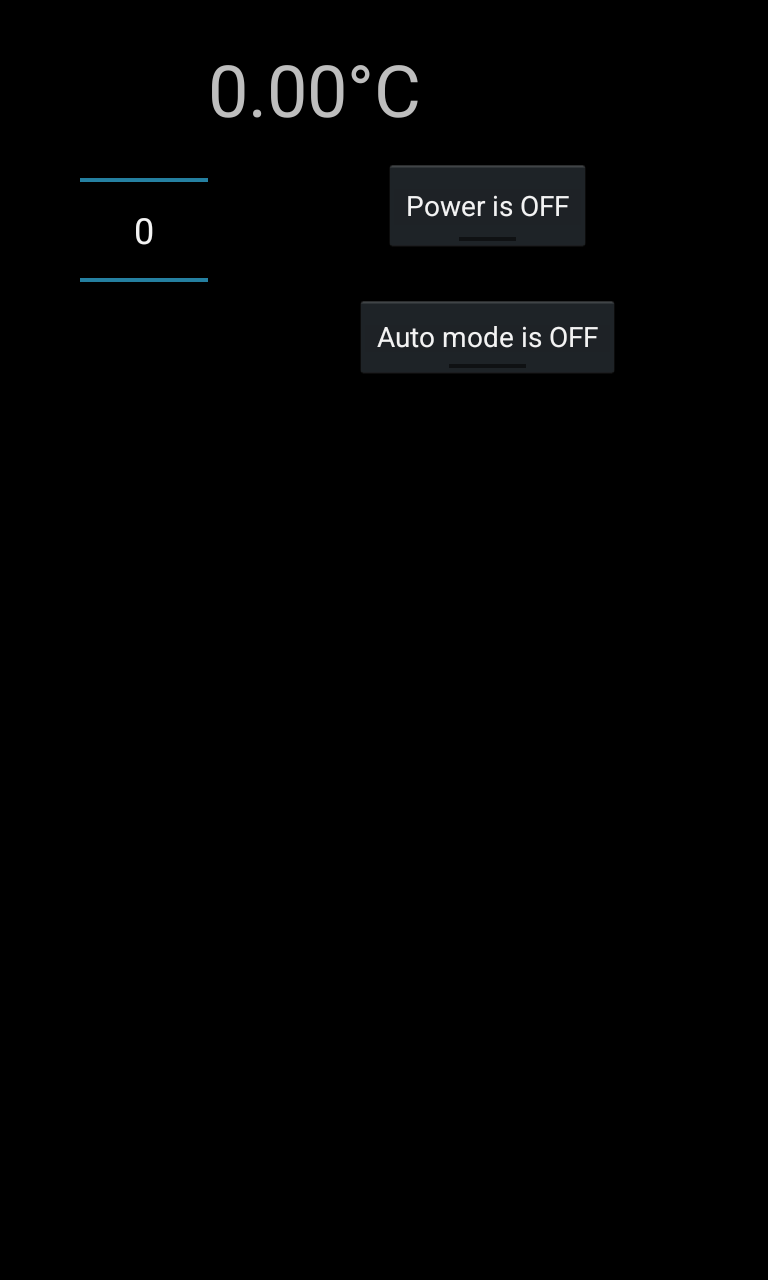
Repository: deanzaka/Embedded-Freezmo
Layout: Embedded-Freezmo/applications/IOIOSimpleApp/res/layout/main.xml
An editor plug-in stored every save of this project. The layout is shown before and after the next save, followed by the edit.
It is drawn on a 768 x 1280 px phone screen (xhdpi) without system bars, with theme android:Theme.Holo; the app's code is not run.

Above is the layout before, as saved 2014-06-11 22:42:00.

### Embedded-Freezmo/applications/IOIOSimpleApp/res/layout/main.xml
<?xml version="1.0" encoding="utf-8"?>
<LinearLayout xmlns:android="http://schemas.android.com/apk/res/android"
    android:orientation="vertical"
    android:layout_width="fill_parent"
    android:layout_height="fill_parent">

    <LinearLayout
        android:layout_width="fill_parent"
        android:layout_height="200dp"
        android:orientation="vertical" >

        <LinearLayout
            android:layout_width="fill_parent"
            android:layout_height="fill_parent" >

            <NumberPicker
			    android:id="@+id/userTemp"
			    android:layout_width="wrap_content"
			    android:layout_height="wrap_content"
			    android:layout_marginTop="30dp"
			    android:layout_marginLeft="40dp"/>

            <LinearLayout
                android:layout_width="fill_parent"
                android:layout_height="fill_parent"
                android:layout_marginTop="20dp"
                android:orientation="vertical" >

                <LinearLayout
                    android:layout_width="fill_parent"
                    android:layout_height="wrap_content" >

                    <TextView
					    android:id="@+id/TextView"
					    android:layout_width="wrap_content"
					    android:layout_height="wrap_content"
					    android:text="0.00"
					    android:gravity="right"
					    android:textSize="36sp" />

                    <TextView
					    android:id="@+id/TextView"
					    android:layout_width="wrap_content"
					    android:layout_height="wrap_content"
					    android:gravity="right"
					    android:text="°C"
					    android:textSize="36sp" />

                </LinearLayout>

				<ToggleButton
					android:id="@+id/ToggleOn"
					android:layout_width="wrap_content"
					android:layout_height="wrap_content"
					android:layout_margin="10dp"
					android:textOff="Power is OFF"
					android:textOn="Power mode is ON"
					android:layout_gravity="center"
					/>

				<ToggleButton
					android:id="@+id/ToggleAuto"
					android:layout_width="wrap_content"
					android:layout_height="wrap_content"
					android:layout_margin="10dp"
					android:textOff="Auto mode is OFF"
					android:textOn="Auto mode is ON"
					android:layout_gravity="center"
					/>
            </LinearLayout>

        </LinearLayout>

    </LinearLayout>

    <LinearLayout
        android:layout_width="fill_parent"
        android:layout_height="wrap_content"
        android:orientation="vertical" >
    </LinearLayout>

	</LinearLayout>

After the next save:
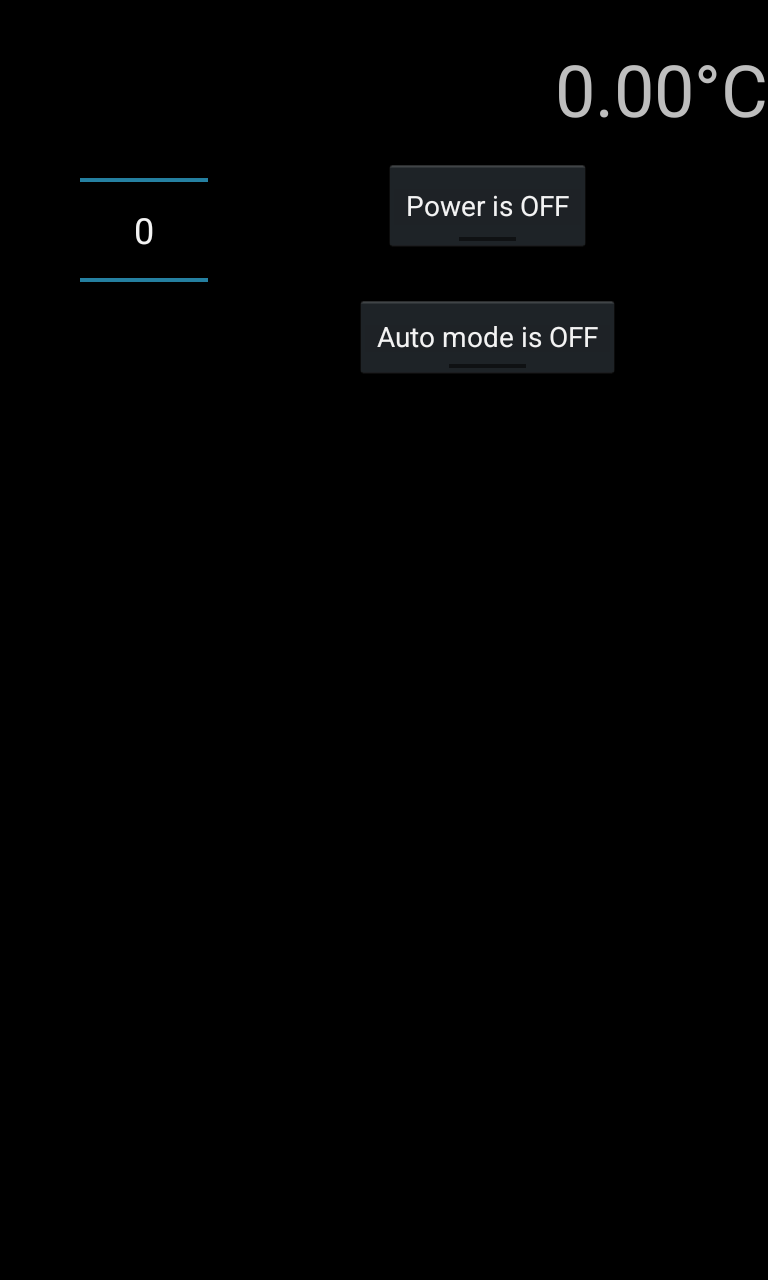
Saved 5 min 6 s later.
--- a/Embedded-Freezmo/applications/IOIOSimpleApp/res/layout/main.xml
+++ b/Embedded-Freezmo/applications/IOIOSimpleApp/res/layout/main.xml
@@ -26,7 +26,7 @@
                 android:layout_marginTop="20dp"
                 android:orientation="vertical" >
 
-                <LinearLayout
+                <RelativeLayout
                     android:layout_width="fill_parent"
                     android:layout_height="wrap_content" >
 
@@ -34,19 +34,19 @@
 					    android:id="@+id/TextView"
 					    android:layout_width="wrap_content"
 					    android:layout_height="wrap_content"
+					    android:layout_toLeftOf="@id/Celcius"
 					    android:text="0.00"
-					    android:gravity="right"
 					    android:textSize="36sp" />
 
                     <TextView
-					    android:id="@+id/TextView"
+					    android:id="@+id/Celcius"
 					    android:layout_width="wrap_content"
 					    android:layout_height="wrap_content"
-					    android:gravity="right"
+					    android:layout_alignParentRight="true"
 					    android:text="°C"
 					    android:textSize="36sp" />
 
-                </LinearLayout>
+                </RelativeLayout>
 
 				<ToggleButton
 					android:id="@+id/ToggleOn"
